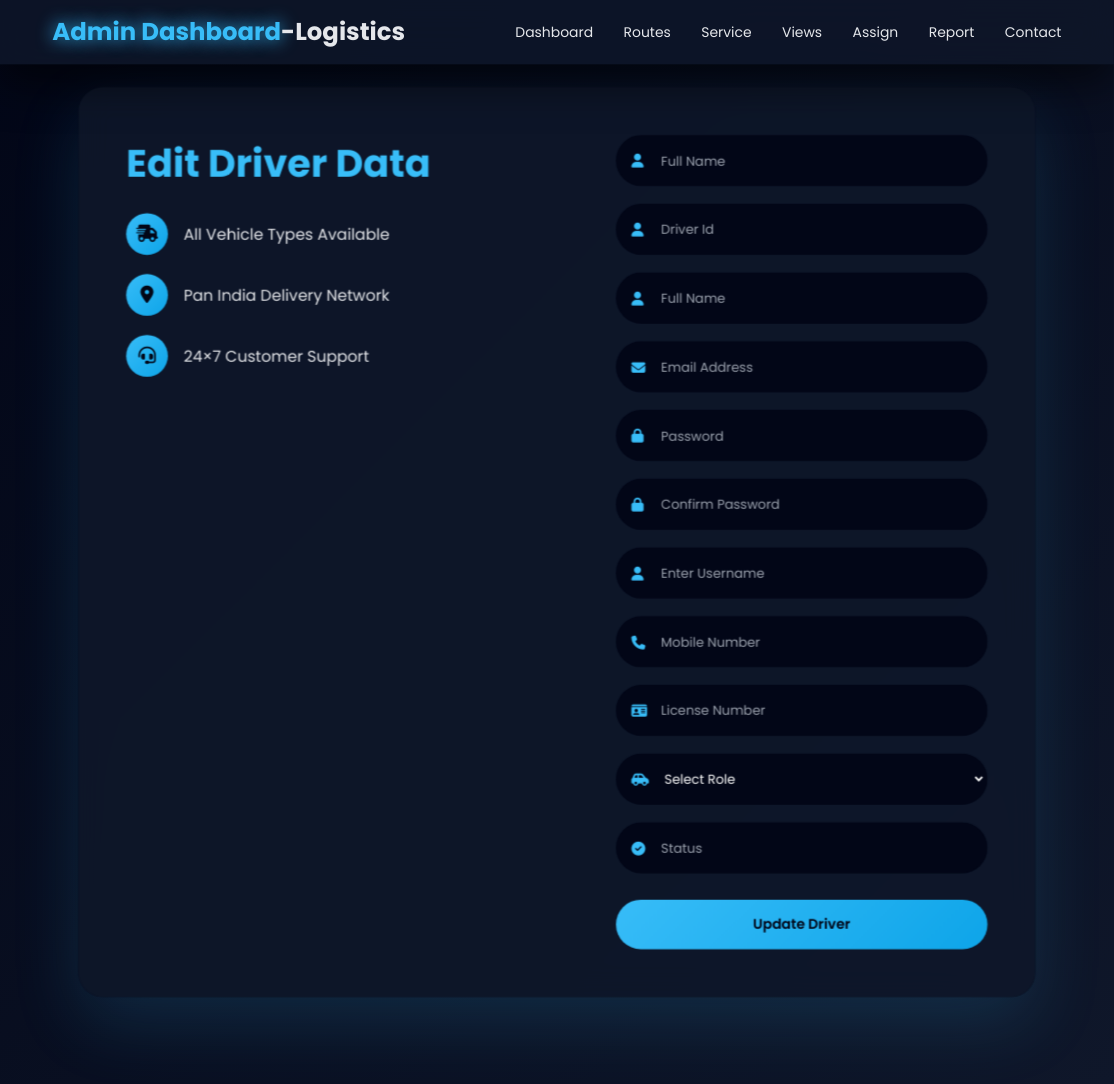
Repository: Pintu-6545/Java_Programming
Page: http://localhost/GreenFleetApplication/update-drivers.jsp
An editor plug-in stored every save of this project. The page is shown before and after the next save, followed by the edit.
The browser window is 1280 px wide. The pictures show the whole page, at 87% of full size.
The page is served by Tomcat 10. Other server files are loaded and not shown. The template is opened directly, without the code that normally fills it, so the values that code supplies are empty.

Above is the page before, as saved 2025-12-25 07:14:37.

### Assessement/GreenFeetApp1/GreenFleetApplication/src/main/webapp/update-drivers.jsp
<%@page import="com.bean.Drivers"%>
<%@page import="com.dao.DriversDao"%>
<%@page import="com.bean.DriverView"%>
<%@ page language="java" contentType="text/html; charset=UTF-8"
	pageEncoding="UTF-8"%>
<%@include file="header.jsp"%>
<!DOCTYPE html>
<html>
<head>
<meta charset="UTF-8">
<title>Edit Driver Details</title>
</head>
<body>
	<section class="form-section">
		<div class="form-wrapper">

			<!-- LEFT INFO -->
			<div class="form-info">
				<h2>Edit Driver Data</h2>

				<div class="info-box">
					<i class="fa-solid fa-truck-fast"></i> <span>All Vehicle
						Types Available</span>
				</div>

				<div class="info-box">
					<i class="fa-solid fa-location-dot"></i> <span>Pan India
						Delivery Network</span>
				</div>

				<div class="info-box">
					<i class="fa-solid fa-headset"></i> <span>24×7 Customer
						Support</span>
				</div>
			</div>

			<!-- FORM -->
			<%
				DriverView d = (DriverView)request.getAttribute("d");
			%>
			<form class="form-box" name="frm" method="post" action="DriverController">
				<div class="input-group">
					<i class="fa-solid fa-user"></i> <input type="text"
					 name="user_id" placeholder="Full Name" required>
				</div>
				<div class="input-group">
					<i class="fa-solid fa-user"></i> <input type="text"
					 name="driver_id" placeholder="Driver Id" readonly="readonly" required>
				</div>
				<div class="input-group">
					<i class="fa-solid fa-user"></i> <input type="text"
					 name="name" placeholder="Full Name" required>
				</div>

				<div class="input-group">
					<i class="fa-solid fa-envelope"></i> <input type="email"
					 name="email" placeholder="Email Address" required>
				</div>

				<div class="input-group">
					<i class="fa fa-lock"></i> <input type="password"
						name="password" placeholder="Password" required>
				</div>
				<div class="input-group">
					<i class="fa fa-lock"></i> <input type="password"
						name="cpassword" placeholder="Confirm Password" required>
				</div>
				<div class="input-group">
					<i class="fa fa-user"></i> <input type="text"
					name="username"	placeholder="Enter Username" required>
				</div>
				<div class="input-group">
					<i class="fa-solid fa-phone"></i> <input type="text"
						name="phone_no" placeholder="Mobile Number" required>
				</div>
				<div class="input-group">
					<i class="fa fa-id-card"></i> <input type="text"
					name="license_no" placeholder="License Number" required>
				</div>

				<div class="input-group">
					<i class="fa-solid fa-car-side"></i> <select name="role" required>
						<option value="Select Role">Select Role</option>
         				<option value="driver">Driver</option>
					</select>
				</div>
				<div class="input-group">
					<i class="fa fa-check-circle"></i> <input type="text"
					name="status" placeholder="Status" required>
				</div>

				<button type="submit" name="action" value="insert">Update Driver</button>
			</form>

		</div>
	</section>

</body>
</html>

### Assessement/GreenFeetApp1/GreenFleetApplication/src/main/webapp/header.jsp
<%@ page language="java" contentType="text/html; charset=UTF-8"
    pageEncoding="UTF-8"%>
<!DOCTYPE html>
<html>
<head>
<meta charset="UTF-8">
<title>Ultra AI Logistics</title>
<meta name="viewport" content="width=device-width, initial-scale=1.0">

<!-- FONT & ICONS -->
<link
	href="https://fonts.googleapis.com/css2?family=Poppins:wght@300;400;600;700&display=swap"
	rel="stylesheet">
<link rel="stylesheet"
	href="https://cdnjs.cloudflare.com/ajax/libs/font-awesome/6.5.1/css/all.min.css">

<link rel="stylesheet" href="css/index.css">
</head>
<body>
<!-- ================= NAVBAR ================= -->
	<nav class="navbar">
		<div class="logo">
			<span>Admin Dashboard</span>-Logistics
		</div>

		<div class="menu-toggle" id="menuToggle">
			<span></span><span></span><span></span>
		</div>

		<ul class="menu" id="menu">
			<li class="menu-item"><a href="admin-index.jsp">Dashboard</a></li>

			<li class="menu-item"><a href="#">Routes</a>
				<ul class="dropdown">
					<li><a href="#">Add Route</a></li>
					<li><a href="#">View Route </a></li>
				</ul></li>
			<li class="menu-item"><a href="#">Service</a>
				<ul class="dropdown">
					<li><a href="add-driver.jsp">Add Driver</a></li>
					<li><a href="#">Add Vehicle</a></li>
					<li><a href="#">Add Vehicle Feul</a></li>
					<li><a href="#">Add Maintanance</a></li>
				</ul></li>


			<li class="menu-item"><a href="#">Views</a>
				<ul class="dropdown">
					<li><a href="view-drivers.jsp">View Drivers</a></li>
					<li><a href="#">View Vehicles</a></li>
					<li><a href="#">View Feuls</a></li>
				</ul></li>
				<li class="menu-item"><a href="#">Assign</a>
				<ul class="dropdown">
					<li><a href="#"> Add Vehicle-Driver</a></li>
					<li><a href="#">View Vehicles-Driver</a></li>

				</ul></li>
			<li class="menu-item"><a href="#">Report</a>
				<ul class="dropdown">
					<li><a href="#">Incident Report</a></li>
					<li><a href="#">Other Report</a></li>
				</ul></li>
			<li class="menu-item"><a href="#">Contact</a>
				<ul class="dropdown">
					<li><a href="#">Support</a></li>
					<li><a href="#">Email</a></li>
				</ul></li>
		</ul>
	</nav>

</body>
</html>

### Assessement/GreenFeetApp1/GreenFleetApplication/src/main/webapp/css/index.css
/* ================= GLOBAL ================= */
*{
    margin:0;
    padding:0;
    box-sizing:border-box;
    font-family:Poppins,sans-serif;
}
body{
    background:#0f172a;
    color:#fff;
}

/* ================= ROOT ================= */
:root{
    --bg:#020617;
    --glass:rgba(15,23,42,.85);
    --primary:#38bdf8;
    --secondary:#22d3ee;
    --text:#e5e7eb;
}

/* ================= NAVBAR ================= */
.navbar{
    position:fixed;
    top:0;
    width:100%;
    padding:16px 60px;
    background:var(--glass);
    backdrop-filter:blur(18px);
    display:flex;
    justify-content:space-between;
    align-items:center;
    z-index:1000;
    box-shadow:0 20px 50px rgba(0,0,0,.6);
}

/* ================= LOGO ================= */
.logo{
    font-size:28px;
    font-weight:800;
    color:var(--text);
}
.logo span{
    color:var(--primary);
    text-shadow:0 0 20px var(--primary);
}

/* ================= MENU ================= */
.menu{
    display:flex;
    gap:35px;
    list-style:none;
}
.menu-item{
    position:relative;
}
.menu-item > a{
    color:var(--text);
    text-decoration:none;
    font-size:16px;
    padding:10px 0;
    position:relative;
}

/* underline animation */
.menu-item > a::after{
    content:"";
    position:absolute;
    bottom:-6px;
    left:0;
    width:0;
    height:3px;
    background:linear-gradient(90deg,var(--primary),var(--secondary));
    transition:.4s;
    border-radius:10px;
}
.menu-item > a:hover::after{
    width:100%;
}

/* ================= DROPDOWN ================= */
.dropdown{
    position:absolute;
    top:55px;
    left:0;
    background:linear-gradient(180deg,#020617,#020617);
    border-radius:18px;
    min-width:210px;
    padding:10px;
    opacity:0;
    visibility:hidden;
    transform:rotateX(-15deg) translateY(15px);
    transform-origin:top;
    transition:.45s cubic-bezier(.2,.8,.2,1);
    box-shadow:0 25px 80px rgba(56,189,248,.25);
}

.dropdown li{
    list-style:none;
}

.dropdown a{
    display:block;
    padding:14px 18px;
    border-radius:12px;
    color:#cbd5f5;
    text-decoration:none;
    transition:.3s;
}
.dropdown a:hover{
    background:linear-gradient(135deg,var(--primary),var(--secondary));
    color:#020617;
    transform:translateX(6px);
}

/* hover open */
.menu-item:hover .dropdown{
    opacity:1;
    visibility:visible;
    transform:rotateX(0) translateY(0);
}

/* ================= MOBILE ================= */
.menu-toggle{
    display:none;
    flex-direction:column;
    gap:6px;
    cursor:pointer;
}
.menu-toggle span{
    width:28px;
    height:3px;
    background:var(--primary);
    border-radius:10px;
}

/* ================= RESPONSIVE ================= */
@media(max-width:900px){
    .menu-toggle{display:flex;}
    .menu{
        position:absolute;
        top:75px;
        right:30px;
        background:#020617;
        flex-direction:column;
        width:260px;
        border-radius:20px;
        padding:20px;
        opacity:0;
        pointer-events:none;
        transform:scale(.9);
        transition:.4s;
    }
    .menu.active{
        opacity:1;
        pointer-events:auto;
        transform:scale(1);
    }
    .dropdown{
        position:static;
        transform:none;
        opacity:1;
        visibility:visible;
        box-shadow:none;
    }
}

/* ================= CAROUSEL ================= */
.carousel{
    height:100vh;
    margin-top:80px;
    position:relative;
    overflow:hidden;
}
.slide{
    position:absolute;
    inset:0;
    background-size:cover;
    background-position:center;
    opacity:0;
    transition:opacity 1.2s;
}
.slide.active{opacity:1;}
.overlay{
    position:absolute;
    inset:0;
    background:linear-gradient(to right,rgba(0,0,0,.75),rgba(0,0,0,.3));
}
.content{
    position:absolute;
    top:50%;
    left:8%;
    transform:translateY(-50%);
    max-width:600px;
}
.content h1{
    font-size:48px;
}
.content p{
    margin:15px 0 25px;
    color:#e2e8f0;
}
.btn{
    padding:14px 30px;
    border-radius:30px;
    border:none;
    background:linear-gradient(45deg,#38bdf8,#0ea5e9);
    cursor:pointer;
}

/* ================= SECTIONS ================= */
.section{
    padding:90px 8%;
}
.section h2{
    font-size:38px;
    color:#38bdf8;
}
.section p{
    max-width:850px;
    color:#cbd5f5;
}

/* ================= CARDS ================= */
.card-grid{
    display:grid;
    grid-template-columns:repeat(auto-fit,minmax(250px,1fr));
    gap:25px;
    margin-top:40px;
}
.card{
    background:#1e293b;
    border-radius:15px;
    overflow:hidden;
    transition:.4s;
}
.card:hover{
    transform:translateY(-8px);
}
.card img{
    width:100%;
    height:200px;
    object-fit:cover;
}
.card h3{
    padding:15px;
    color:#38bdf8;
}
.card p{
    padding:0 15px 20px;
    font-size:14px;
}

/* ================= TABLE ================= */
table{
    width:100%;
    border-collapse:collapse;
    margin-top:30px;
}
th,td{
    padding:14px;
    border:1px solid #334155;
    text-align:center;
}
th{
    background:#38bdf8;
    color:#000;
}
tr:nth-child(even){
    background:#1e293b;
}

/* ================= FORM SECTION ================= */
.form-section{
    padding:100px 6%;
    background:linear-gradient(135deg,#020617,#0f172a);
}

.form-wrapper{
    max-width:1100px;
    margin:auto;
    background:rgba(15,23,42,.92);
    backdrop-filter:blur(18px);
    border-radius:28px;
    padding:55px;
    display:grid;
    grid-template-columns:1.2fr 1fr;
    gap:50px;
    box-shadow:0 30px 80px rgba(56,189,248,.15);
}

/* ================= LEFT INFO ================= */
.form-info h2{
    font-size:44px;
    margin-bottom:25px;
    color:#38bdf8;
}

.info-box{
    display:flex;
    align-items:center;
    gap:18px;
    margin:22px 0;
    font-size:18px;
    color:#e5e7eb;
}

.info-box i{
    width:48px;
    height:48px;
    display:grid;
    place-items:center;
    font-size:20px;
    background:linear-gradient(135deg,#38bdf8,#0ea5e9);
    color:#020617;
    border-radius:50%;
}

/* ================= FORM ================= */
.form-box{
    display:flex;
    flex-direction:column;
    gap:20px;
}

.input-group{
    position:relative;
}

.input-group i{
    position:absolute;
    top:50%;
    left:18px;
    transform:translateY(-50%);
    font-size:16px;
    color:#38bdf8;
    pointer-events:none;
}

.input-group input,
.input-group select,
.input-group textarea{
    width:100%;
    padding:16px 18px 16px 50px;
    border-radius:30px;
    border:2px solid transparent;
    outline:none;
    background:#020617;
    color:#fff;
    font-size:15px;
    transition:.35s;
}

/* Focus & Hover Handling */
.input-group input:focus,
.input-group textarea:focus,
.input-group select:focus{
    border-color:#38bdf8;
    box-shadow:0 0 0 4px rgba(56,189,248,.15);
}

/* Placeholder */
::placeholder{
    color:#9ca3af;
}

/* Textarea */
textarea{
    height:120px;
    resize:none;
}

/* ================= BUTTON ================= */
.form-box button{
    margin-top:10px;
    padding:16px;
    border-radius:30px;
    border:none;
    font-size:16px;
    font-weight:600;
    color:#020617;
    background:linear-gradient(135deg,#38bdf8,#0ea5e9);
    cursor:pointer;
    transition:.35s;
}

.form-box button:hover{
    transform:translateY(-2px);
    box-shadow:0 15px 40px rgba(56,189,248,.4);
}

/* ================= RESPONSIVE ================= */
@media(max-width:900px){
    .form-wrapper{
        grid-template-columns:1fr;
        padding:40px;
    }
    .form-info h2{
        font-size:36px;
    }
}

@media(max-width:480px){
    .form-wrapper{
        padding:30px 22px;
    }
    .input-group input,
    .input-group select,
    .input-group textarea{
        font-size:14px;
    }
}

After the next save:
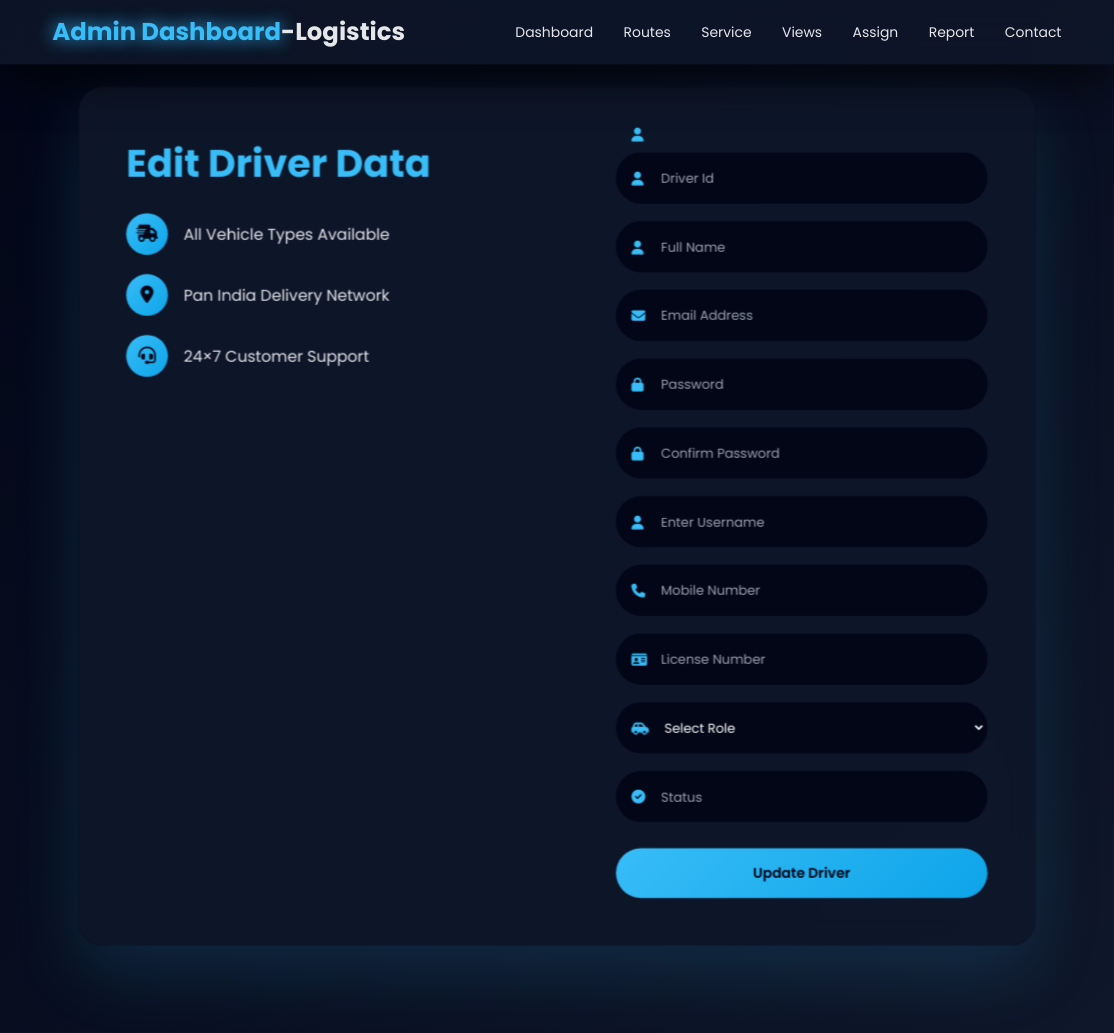
Saved 27 s later.
--- a/Assessement/GreenFeetApp1/GreenFleetApplication/src/main/webapp/update-drivers.jsp
+++ b/Assessement/GreenFeetApp1/GreenFleetApplication/src/main/webapp/update-drivers.jsp
@@ -40,8 +40,8 @@
 			%>
 			<form class="form-box" name="frm" method="post" action="DriverController">
 				<div class="input-group">
-					<i class="fa-solid fa-user"></i> <input type="text"
-					 name="user_id" placeholder="Full Name" required>
+					<i class="fa-solid fa-user"></i> <input type="hidden"
+					 name="user_id"  required>
 				</div>
 				<div class="input-group">
 					<i class="fa-solid fa-user"></i> <input type="text"
